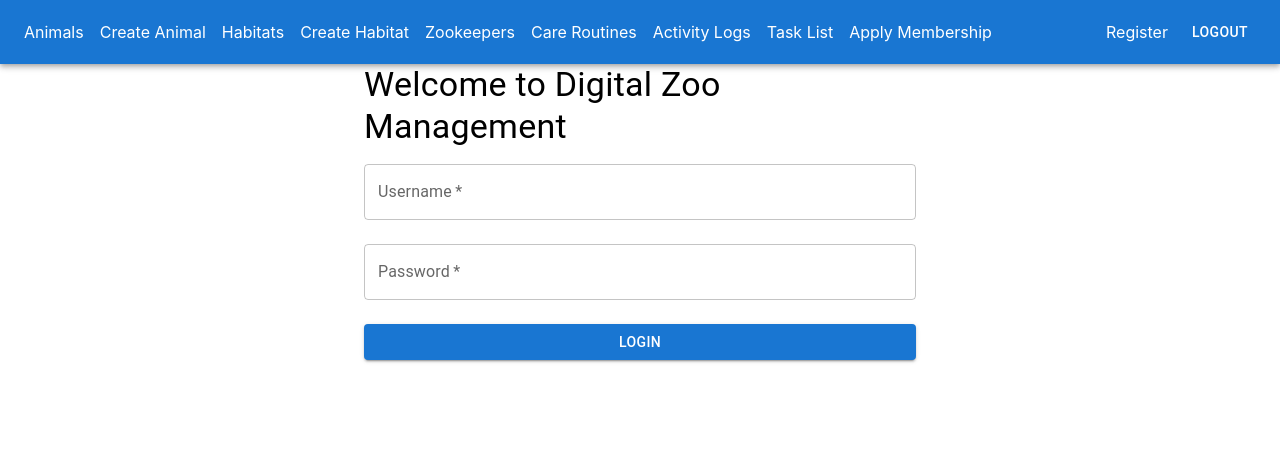
Repository: maomao7788/Digital-Zoo-Management1
Page: /zookeepers (app in frontend/)
These files come from the project's save history. The page is drawn as it stood at one moment and after the next save; the edit follows.
The browser window is 1280 px wide. The pictures show the whole page.
The project was rebuilt for these pictures with package versions that can differ from the ones it lists, and the page was loaded fresh each time. Also part of the build but not shown: frontend/src/pages/AnimalList.tsx, frontend/src/services/api.ts, frontend/src/pages/CreateAnimal.tsx, frontend/src/pages/Register.tsx, frontend/src/pages/ApplyMembership.tsx, frontend/src/pages/EditAnimal.tsx, frontend/src/pages/HabitatList.tsx, frontend/src/pages/CreateHabitat.tsx and 6 more.

Above is the page before, as saved 2025-03-10 14:02:22.

### frontend/src/index.tsx
  import React from 'react';
  import ReactDOM from 'react-dom/client';
  import './index.css';
  import App from './App';
  import reportWebVitals from './reportWebVitals';

  const root = ReactDOM.createRoot(
    document.getElementById('root') as HTMLElement
  );
  root.render(
    <React.StrictMode>
      <App />
    </React.StrictMode>
  );

  // If you want to start measuring performance in your app, pass a function
  // to log results (for example: reportWebVitals(console.log))
  // or send to an analytics endpoint. Learn more: https://bit.ly/CRA-vitals
  reportWebVitals();

### frontend/src/App.tsx
// import { BrowserRouter as Router, Route, Routes, useNavigate } from 'react-router-dom';
// import AnimalList from './pages/AnimalList';
// import CreateAnimal from './pages/CreateAnimal';
// import Login from './pages/Login';
// import PrivateRoute from './components/PrivateRoute';
// import { AppBar, Toolbar, Link, Button, Box } from '@mui/material';
// import { logout} from './services/authApi';
// import EditAnimal from './pages/EditAnimal';
// import HabitatList from './pages/HabitatList';
// import CreateHabitat from './pages/CreateHabitat';
// import EditHabitat from './pages/EditHabitat';
// import EditZookeeper from './pages/EditZookeeper';
// import ZookeeperPage from './pages/ZookeeperPage';
// import CareRoutinePage from './pages/CareRoutinePage';
// import ActivityLogPage from './pages/ActivityLogPage';
// import TaskList from './pages/TaskList';
// import { Link as RouterLink } from 'react-router-dom';
// import Register from './pages/Register';
// import ApplyMembership from './pages/ApplyMembership';


// function App() {
//   const handleLogout = () => {
//     logout();
//     window.location.href = '/login';
//   };

//   return (
//     <Router>
//       <AppBar position="static">
//         <Toolbar>
//           <Link href="/" color="inherit" underline="none" sx={{ mr: 2 }}>Animals</Link>
//           <Link href="/create" color="inherit" underline="none" sx={{ mr: 2 }}>Create Animal</Link>
//           <Link href="/habitats" color="inherit" underline="none" sx={{ mr: 2 }}>Habitats</Link>
//           <Link href="/create-habitat" color="inherit" underline="none" sx={{ mr: 2 }}>Create Habitat</Link>
//           <Link component={RouterLink} to="/zookeepers" color="inherit" underline="none" sx={{ mr: 2 }}>Zookeepers</Link>
//           <Link component={RouterLink} to="/care_routines" color="inherit" underline="none" sx={{ mr: 2 }}>Care Routines</Link>
//           <Link component={RouterLink} to="/activity_logs" color="inherit" underline="none" sx={{ mr: 2 }}>Activity Logs</Link>
//           <Link component={RouterLink} to="/task-list" color="inherit" underline="none" sx={{ mr: 2 }}>Task List</Link>

//           <Box sx={{ flexGrow: 1 }}></Box>
//           <Button color="inherit" onClick={handleLogout}>Logout</Button>
//         </Toolbar>
//       </AppBar>

//       <Routes>
//         <Route path="/login" element={<Login />} />
//         <Route path="/" element={<PrivateRoute><AnimalList /></PrivateRoute>} />
//         <Route path="/create" element={<PrivateRoute><CreateAnimal /></PrivateRoute>} />
//         <Route path="/edit/:id" element={<EditAnimal />} />
//         <Route path="/habitats" element={<PrivateRoute><HabitatList /></PrivateRoute>} />
//         <Route path="/create-habitat" element={<PrivateRoute><CreateHabitat /></PrivateRoute>} />
//         <Route path="/edit-habitat/:id" element={<PrivateRoute><EditHabitat /></PrivateRoute>} />
//         <Route path="/zookeepers" element={<ZookeeperPage />} />
//         <Route path="/care_routines" element={<CareRoutinePage />} />
//         <Route path="/activity_logs" element={<ActivityLogPage />} />
//         <Route path="/edit-zookeeper/:id" element={<EditZookeeper />} />
//         <Route path="/task-list" element={<TaskList />} />


//       </Routes>
//     </Router>
//   );
// }

// export default App;

import { BrowserRouter as Router, Route, Routes } from 'react-router-dom';
import AnimalList from './pages/AnimalList';
import CreateAnimal from './pages/CreateAnimal';
import Login from './pages/Login';
import Register from './pages/Register';
import ApplyMembership from './pages/ApplyMembership';
import PrivateRoute from './components/PrivateRoute';
import { AppBar, Toolbar, Link, Button, Box } from '@mui/material';
import { logout } from './services/authApi';
import { Link as RouterLink } from 'react-router-dom';
import EditAnimal from './pages/EditAnimal';
import HabitatList from './pages/HabitatList';
import CreateHabitat from './pages/CreateHabitat';
import EditHabitat from './pages/EditHabitat';
import EditZookeeper from './pages/EditZookeeper';
import ZookeeperPage from './pages/ZookeeperPage';
import CareRoutinePage from './pages/CareRoutinePage';
import ActivityLogPage from './pages/ActivityLogPage';
import TaskList from './pages/TaskList';

function App() {
  const handleLogout = () => {
    logout();
    window.location.href = '/login';
  };

  return (
    <Router>
      <AppBar position="static">
        <Toolbar>
          <Link href="/" color="inherit" underline="none" sx={{ mr: 2 }}>Animals</Link>
          <Link href="/create" color="inherit" underline="none" sx={{ mr: 2 }}>Create Animal</Link>
          <Link href="/habitats" color="inherit" underline="none" sx={{ mr: 2 }}>Habitats</Link>
          <Link href="/create-habitat" color="inherit" underline="none" sx={{ mr: 2 }}>Create Habitat</Link>
          <Link component={RouterLink} to="/zookeepers" color="inherit" underline="none" sx={{ mr: 2 }}>Zookeepers</Link>
          <Link component={RouterLink} to="/care_routines" color="inherit" underline="none" sx={{ mr: 2 }}>Care Routines</Link>
          <Link component={RouterLink} to="/activity_logs" color="inherit" underline="none" sx={{ mr: 2 }}>Activity Logs</Link>
          <Link component={RouterLink} to="/task-list" color="inherit" underline="none" sx={{ mr: 2 }}>Task List</Link>
          <Link component={RouterLink} to="/apply-membership" color="inherit" underline="none" sx={{ mr: 2 }}>Apply Membership</Link>

          <Box sx={{ flexGrow: 1 }}></Box>
          <Link component={RouterLink} to="/register" color="inherit" underline="none" sx={{ mr: 2 }}>Register</Link>
          <Button color="inherit" onClick={handleLogout}>Logout</Button>
        </Toolbar>
      </AppBar>

      <Routes>
        <Route path="/login" element={<Login />} />
        <Route path="/register" element={<Register />} />
        <Route path="/apply-membership" element={<PrivateRoute><ApplyMembership /></PrivateRoute>} />
        <Route path="/" element={<PrivateRoute><AnimalList /></PrivateRoute>} />
        <Route path="/create" element={<PrivateRoute><CreateAnimal /></PrivateRoute>} />
        <Route path="/edit/:id" element={<PrivateRoute><EditAnimal /></PrivateRoute>} />
        <Route path="/habitats" element={<PrivateRoute><HabitatList /></PrivateRoute>} />
        <Route path="/create-habitat" element={<PrivateRoute><CreateHabitat /></PrivateRoute>} />
        <Route path="/edit-habitat/:id" element={<PrivateRoute><EditHabitat /></PrivateRoute>} />
        <Route path="/zookeepers" element={<PrivateRoute><ZookeeperPage /></PrivateRoute>} />
        <Route path="/care_routines" element={<PrivateRoute><CareRoutinePage /></PrivateRoute>} />
        <Route path="/activity_logs" element={<PrivateRoute><ActivityLogPage /></PrivateRoute>} />
        <Route path="/edit-zookeeper/:id" element={<PrivateRoute><EditZookeeper /></PrivateRoute>} />
        <Route path="/task-list" element={<PrivateRoute><TaskList /></PrivateRoute>} />
      </Routes>
    </Router>
  );
}

export default App;

### frontend/src/pages/Login.tsx
import React, { useState, useEffect } from 'react';
import { useNavigate } from 'react-router-dom';
import { Typography, Container, TextField, Button, Snackbar, Alert } from '@mui/material';
import { login } from '../services/authApi';

const Login = () => {
  const [username, setUsername] = useState('');
  const [password, setPassword] = useState('');
  const [errorMessage, setErrorMessage] = useState('');
  const [openSnackbar, setOpenSnackbar] = useState(false);
  const navigate = useNavigate();

  useEffect(() => {
    if (localStorage.getItem('access_token')) {
      navigate('/');
    }
  }, [navigate]);
//  handle login:authenticate,store tokens,redirect
  // const handleSubmit = async (e: React.FormEvent) => {
  //   e.preventDefault();
  //   try {
  //     const response = await login(username, password);
  //     localStorage.setItem('access_token', response.data.access);
  //     localStorage.setItem('refresh_token', response.data.refresh);
  //     setOpenSnackbar(true);
  //     setTimeout(() => navigate('/'), 1500);
  //   } catch (error) {
  //     if (error instanceof Error && 'response' in error) {
  //       setErrorMessage((error as any).response?.data.detail || 'Login failed');
  //     } else {
  //       setErrorMessage(error instanceof Error ? error.message : 'An unknown error occurred');
  //     }
  //   }
  // };
  const handleSubmit = async (e: React.FormEvent) => {
    e.preventDefault();
    try {
      const response = await login( username, password );
      localStorage.setItem('access_token', response.data.access);
      localStorage.setItem('refresh_token', response.data.refresh);
      setOpenSnackbar(true);
      setTimeout(() => navigate('/'), 1500);
    } catch (error) {
      if (error instanceof Error && 'response' in error) {
        setErrorMessage((error as any).response?.data.detail || 'Login failed');
      } else {
        setErrorMessage(error instanceof Error ? error.message : 'An unknown error occurred');
      }
    }
  };
  return (
    <Container maxWidth="sm">
      <Typography variant="h4">Welcome to Digital Zoo Management</Typography>
         {/* login form */}
      <form onSubmit={handleSubmit}>
        <TextField
          label="Username"
          fullWidth
          margin="normal"
          value={username}
          onChange={(e) => setUsername(e.target.value)}
          required
        />
        <TextField
          label="Password"
          type="password"
          fullWidth
          margin="normal"
          value={password}
          onChange={(e) => setPassword(e.target.value)}
          required
        />
        <Button type="submit" variant="contained" color="primary" fullWidth sx={{ mt: 2 }}>
          Login
        </Button>
      </form>

      {errorMessage && <Typography color="error" sx={{ mt: 2 }}>{errorMessage}</Typography>}

      <Snackbar open={openSnackbar} autoHideDuration={2000} onClose={() => setOpenSnackbar(false)}>
        <Alert severity="success">Login successful! Redirecting...</Alert>
      </Snackbar>
    </Container>
  );
};

export default Login;

### frontend/src/components/PrivateRoute.tsx
import React from 'react';
import { Navigate } from 'react-router-dom';

interface PrivateRouteProps {
  children: React.ReactNode;
}
// Checks if the user is authenticated by verifying the presence of an access token.
const isAuthenticated = (): boolean => !!localStorage.getItem('access_token');
// If the user is not logged in, they will be redirected to the login page.
const PrivateRoute = ({ children }: PrivateRouteProps) => {
  return isAuthenticated() ? children : <Navigate to="/login" replace />;
};

export default PrivateRoute;

### frontend/src/services/authApi.ts
import axios from 'axios';

const api = axios.create({
  baseURL: 'http://localhost:8000/zoo/api/',
});

export const login = (username: string, password: string) => {
  return api.post('token/', { username, password });
};
// export const login = async (username: string, password: string) => {
//   const response = await api.post('token/', { username, password });
//   const { access, refresh } = response.data;
//   localStorage.setItem('access_token', access);
//   localStorage.setItem('refresh_token', refresh);
//   return response;
// };

// export const register = (username: string, email: string, password: string) => {
//   return api.post('register/', { username, email, password });
// };

export const logout = () => {
  localStorage.removeItem('access_token');
  localStorage.removeItem('refresh_token');
};

Loaded but not shown: frontend/public/index.html (common file); frontend/src/index.css (common file); frontend/src/reportWebVitals.ts (common file)

After the next save:
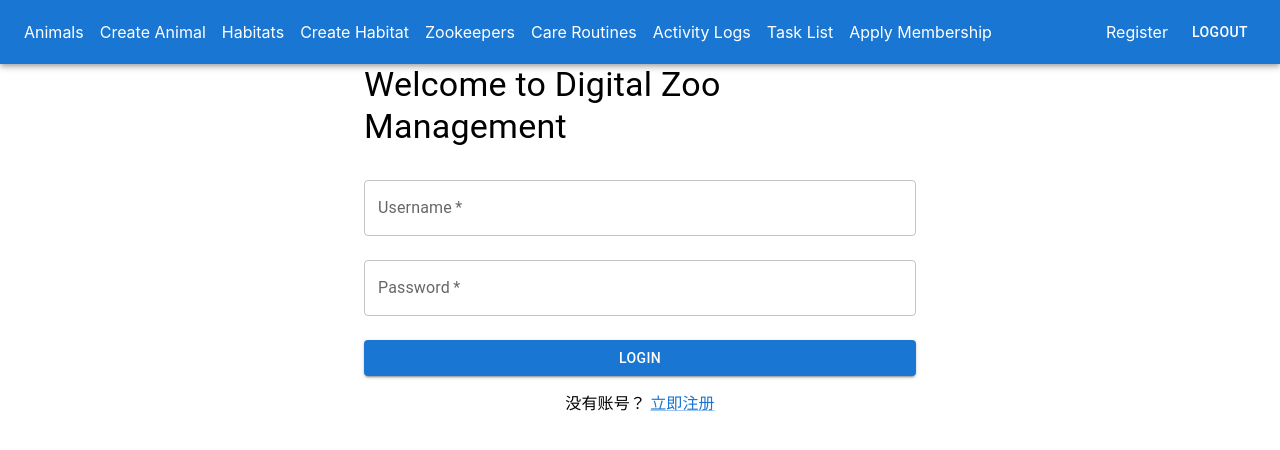
Saved 2 min 17 s later.
--- a/frontend/src/pages/Login.tsx
+++ b/frontend/src/pages/Login.tsx
@@ -1,6 +1,94 @@
+// import React, { useState, useEffect } from 'react';
+// import { useNavigate } from 'react-router-dom';
+// import { Typography, Container, TextField, Button, Snackbar, Alert } from '@mui/material';
+// import { login } from '../services/authApi';
+
+// const Login = () => {
+//   const [username, setUsername] = useState('');
+//   const [password, setPassword] = useState('');
+//   const [errorMessage, setErrorMessage] = useState('');
+//   const [openSnackbar, setOpenSnackbar] = useState(false);
+//   const navigate = useNavigate();
+
+//   useEffect(() => {
+//     if (localStorage.getItem('access_token')) {
+//       navigate('/');
+//     }
+//   }, [navigate]);
+// //  handle login:authenticate,store tokens,redirect
+//   // const handleSubmit = async (e: React.FormEvent) => {
+//   //   e.preventDefault();
+//   //   try {
+//   //     const response = await login(username, password);
+//   //     localStorage.setItem('access_token', response.data.access);
+//   //     localStorage.setItem('refresh_token', response.data.refresh);
+//   //     setOpenSnackbar(true);
+//   //     setTimeout(() => navigate('/'), 1500);
+//   //   } catch (error) {
+//   //     if (error instanceof Error && 'response' in error) {
+//   //       setErrorMessage((error as any).response?.data.detail || 'Login failed');
+//   //     } else {
+//   //       setErrorMessage(error instanceof Error ? error.message : 'An unknown error occurred');
+//   //     }
+//   //   }
+//   // };
+//   const handleSubmit = async (e: React.FormEvent) => {
+//     e.preventDefault();
+//     try {
+//       const response = await login( username, password );
+//       localStorage.setItem('access_token', response.data.access);
+//       localStorage.setItem('refresh_token', response.data.refresh);
+//       setOpenSnackbar(true);
+//       setTimeout(() => navigate('/'), 1500);
+//     } catch (error) {
+//       if (error instanceof Error && 'response' in error) {
+//         setErrorMessage((error as any).response?.data.detail || 'Login failed');
+//       } else {
+//         setErrorMessage(error instanceof Error ? error.message : 'An unknown error occurred');
+//       }
+//     }
+//   };
+//   return (
+//     <Container maxWidth="sm">
+//       <Typography variant="h4">Welcome to Digital Zoo Management</Typography>
+//          {/* login form */}
+//       <form onSubmit={handleSubmit}>
+//         <TextField
+//           label="Username"
+//           fullWidth
+//           margin="normal"
+//           value={username}
+//           onChange={(e) => setUsername(e.target.value)}
+//           required
+//         />
+//         <TextField
+//           label="Password"
+//           type="password"
+//           fullWidth
+//           margin="normal"
+//           value={password}
+//           onChange={(e) => setPassword(e.target.value)}
+//           required
+//         />
+//         <Button type="submit" variant="contained" color="primary" fullWidth sx={{ mt: 2 }}>
+//           Login
+//         </Button>
+//       </form>
+
+//       {errorMessage && <Typography color="error" sx={{ mt: 2 }}>{errorMessage}</Typography>}
+
+//       <Snackbar open={openSnackbar} autoHideDuration={2000} onClose={() => setOpenSnackbar(false)}>
+//         <Alert severity="success">Login successful! Redirecting...</Alert>
+//       </Snackbar>
+//     </Container>
+//   );
+// };
+
+// export default Login;
+
 import React, { useState, useEffect } from 'react';
 import { useNavigate } from 'react-router-dom';
-import { Typography, Container, TextField, Button, Snackbar, Alert } from '@mui/material';
+import { Typography, Container, TextField, Button, Snackbar, Alert, Link } from '@mui/material';
 import { login } from '../services/authApi';
 
 const Login = () => {
@@ -15,27 +103,11 @@ const Login = () => {
       navigate('/');
     }
   }, [navigate]);
-//  handle login:authenticate,store tokens,redirect
-  // const handleSubmit = async (e: React.FormEvent) => {
-  //   e.preventDefault();
-  //   try {
-  //     const response = await login(username, password);
-  //     localStorage.setItem('access_token', response.data.access);
-  //     localStorage.setItem('refresh_token', response.data.refresh);
-  //     setOpenSnackbar(true);
-  //     setTimeout(() => navigate('/'), 1500);
-  //   } catch (error) {
-  //     if (error instanceof Error && 'response' in error) {
-  //       setErrorMessage((error as any).response?.data.detail || 'Login failed');
-  //     } else {
-  //       setErrorMessage(error instanceof Error ? error.message : 'An unknown error occurred');
-  //     }
-  //   }
-  // };
+
   const handleSubmit = async (e: React.FormEvent) => {
     e.preventDefault();
     try {
-      const response = await login( username, password );
+      const response = await login(username, password);
       localStorage.setItem('access_token', response.data.access);
       localStorage.setItem('refresh_token', response.data.refresh);
       setOpenSnackbar(true);
@@ -48,10 +120,12 @@ const Login = () => {
       }
     }
   };
+
   return (
     <Container maxWidth="sm">
-      <Typography variant="h4">Welcome to Digital Zoo Management</Typography>
-         {/* login form */}
+      <Typography variant="h4" sx={{ mb: 2 }}>Welcome to Digital Zoo Management</Typography>
+
+      {/* Login Form */}
       <form onSubmit={handleSubmit}>
         <TextField
           label="Username"
@@ -80,6 +154,11 @@ const Login = () => {
       <Snackbar open={openSnackbar} autoHideDuration={2000} onClose={() => setOpenSnackbar(false)}>
         <Alert severity="success">Login successful! Redirecting...</Alert>
       </Snackbar>
+
+      {/* Register Link */}
+      <Typography sx={{ mt: 2, textAlign: 'center' }}>
+        没有账号？ <Link onClick={() => navigate('/register')} sx={{ cursor: 'pointer' }}>立即注册</Link>
+      </Typography>
     </Container>
   );
 };
